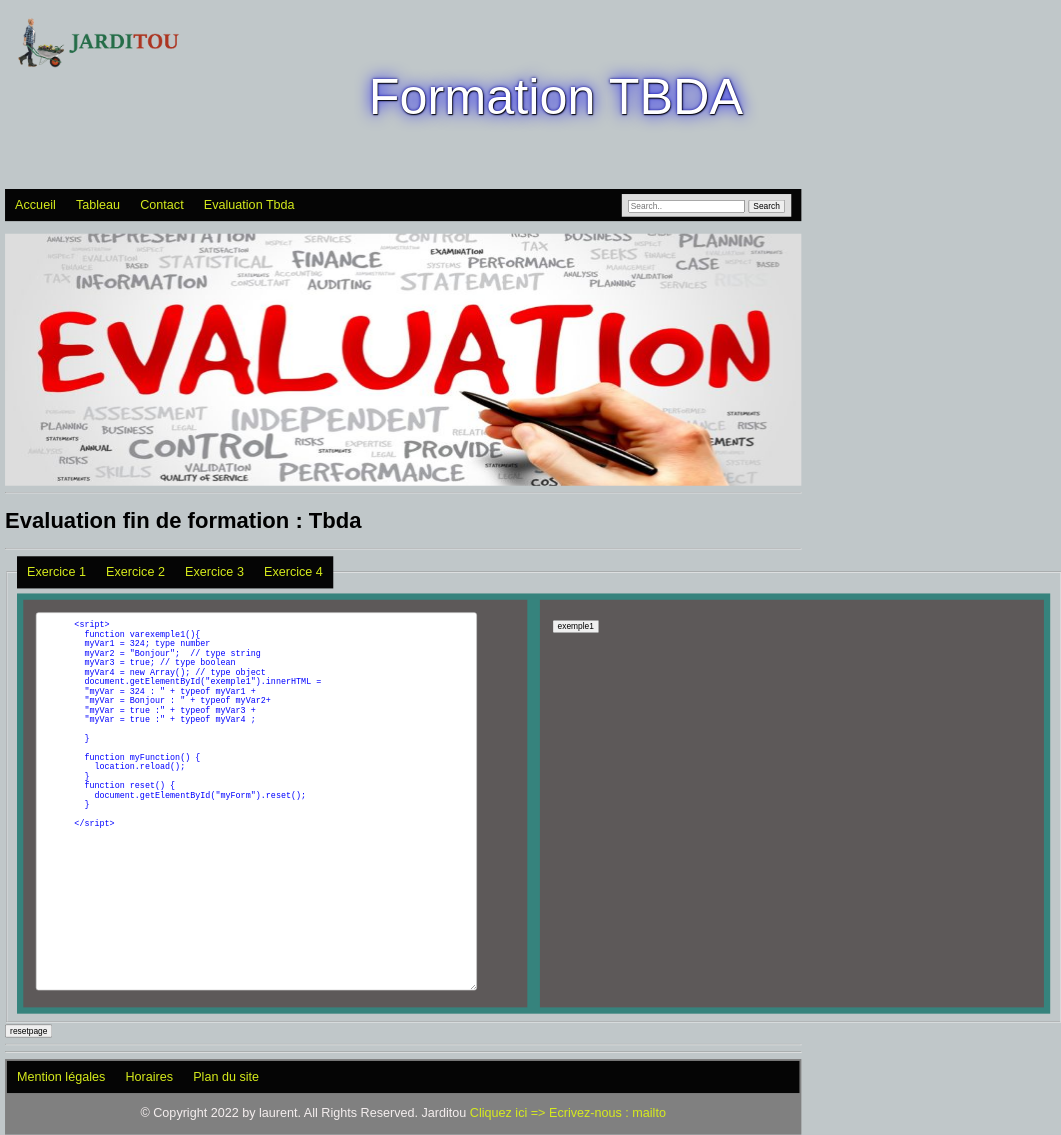
Repository: laurentbul/jarditou
Page: javascript/EvaluationTbda/evaluation_tbda.html
The author's editor kept a copy of each file at every save. The page is drawn from the files as they stood at one save, then again after the next save.
The browser window is 1280 px wide. The page is 1684 px wide, so the pictures cover 1684 px, including what lies to the right of the window. The pictures show the whole page, at 63% of full size.

Above is the page before, as saved 2022-12-15 03:39:20.

After the next save:
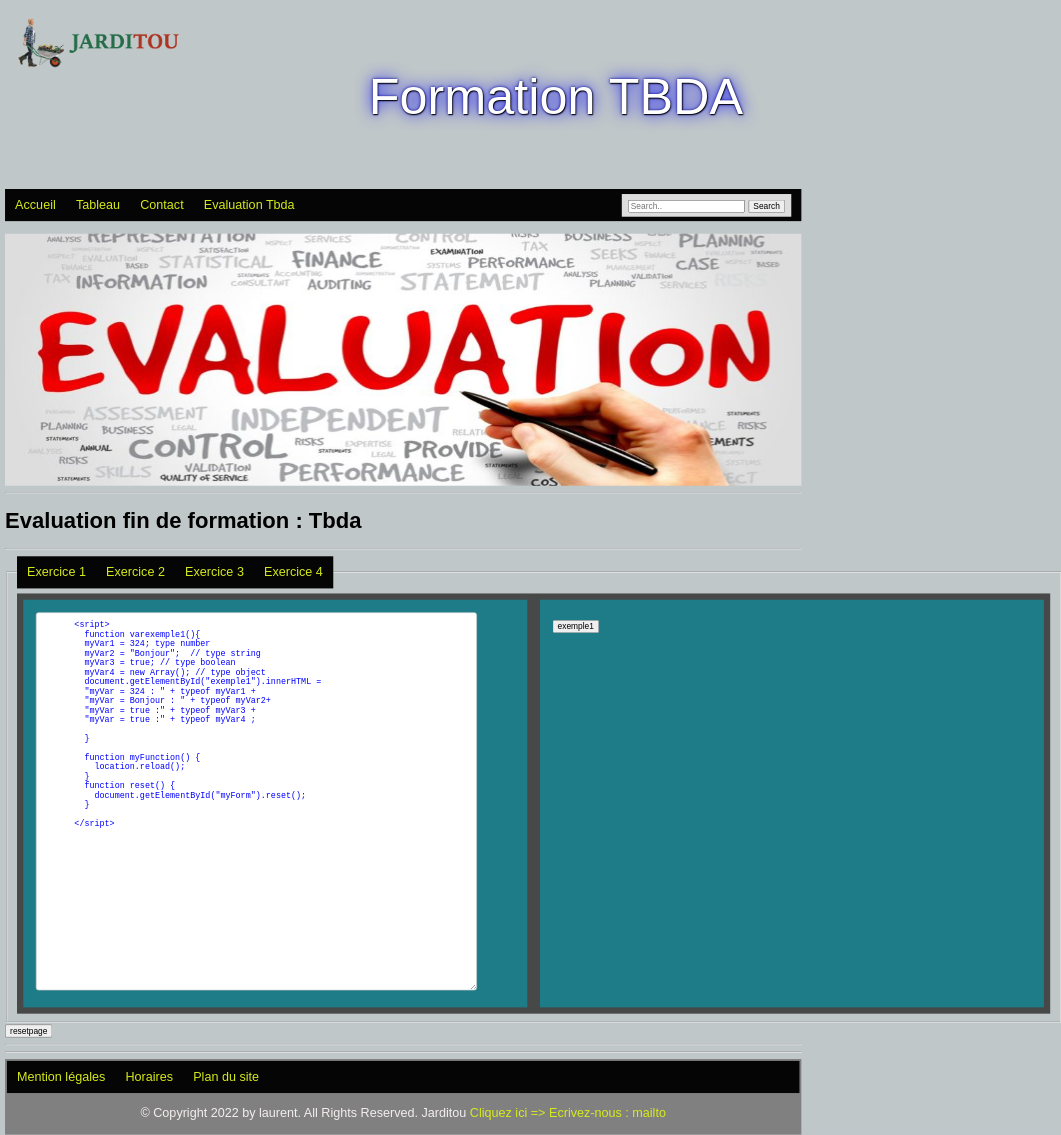
Saved 72 s later.
--- a/javascript/EvaluationTbda/evaluation_tbda.html
+++ b/javascript/EvaluationTbda/evaluation_tbda.html
@@ -11,11 +11,11 @@
   <style>
     .flex-container2 {
       display: flex;
-      background-color: rgb(54, 131, 125);
+      background-color: rgb(70, 73, 72);
     }
 
     .flex-container2 > div {
-      background-color: #5d5959;
+      background-color: #1e7c89;
       margin: 10px;
       padding: 20px;
       font-size: 30px;
